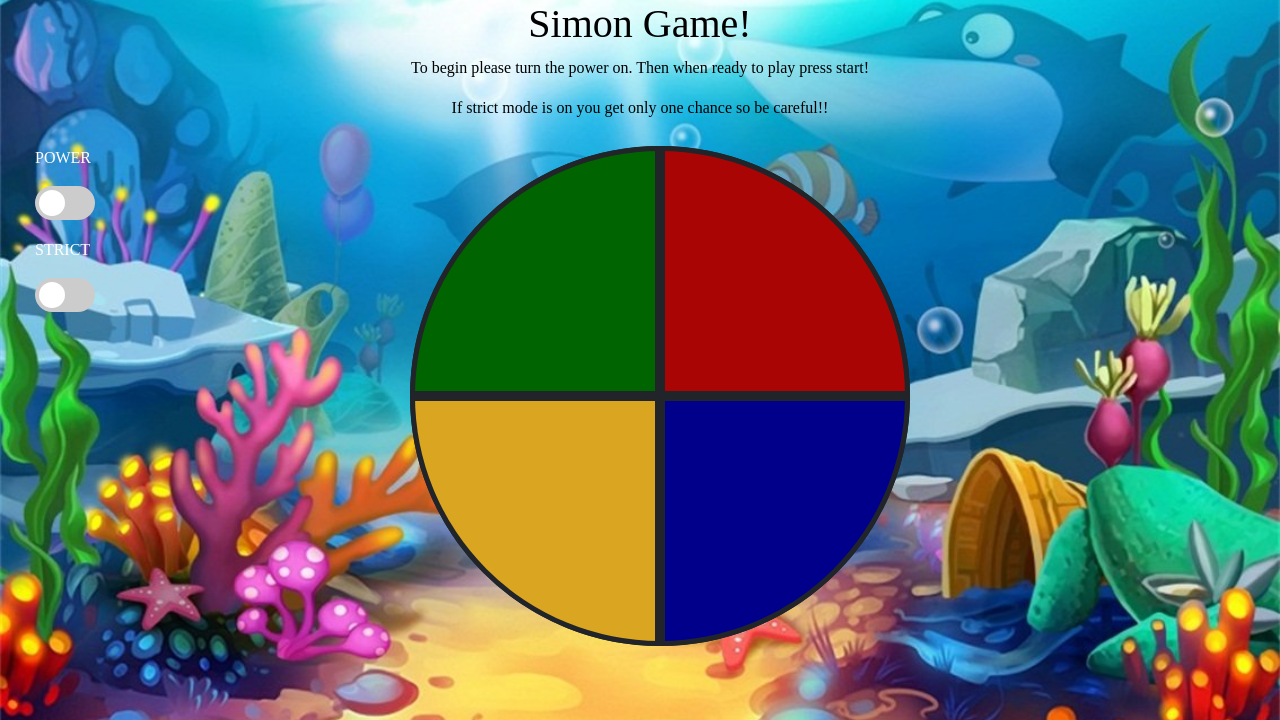
Repository: chrisoc19/SimonSays
Page: index.html
The author's editor kept a record of every edit. The page is drawn from the files as they stood at one moment, then again after the next edit.
The browser window is 1280 px wide. The pictures show the whole page.
Some web fonts or font styles are not loaded; a fallback is used.

Above is the page before.
Console error: ReferenceError: $ is not defined

After the next edit:
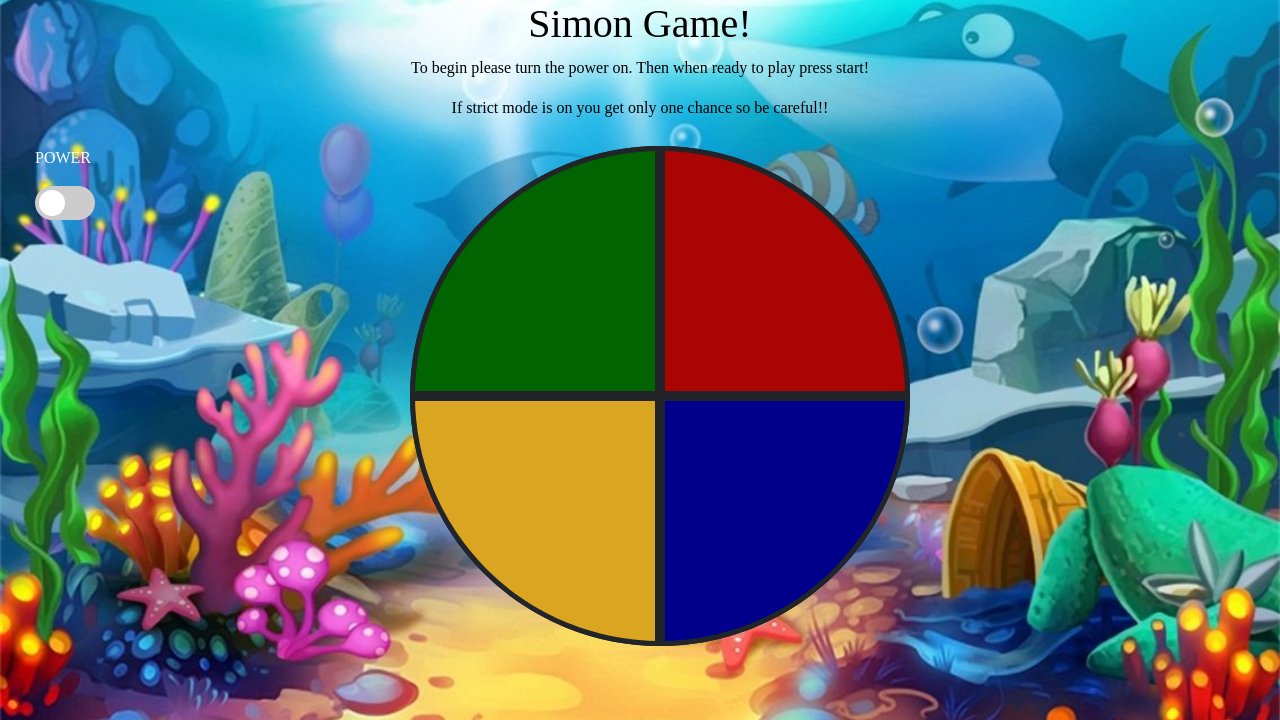
The edit:
--- a/index.html
+++ b/index.html
@@ -44,8 +44,8 @@
     </div>
 
 
-  <p class="newButtons">STRICT</p>
-  <label class="switch">
+  <p class="newButtons d-none">STRICT</p>
+  <label class="switch d-none">
   <input type="checkbox" class="switch " id="strict">
   <span class="slider round"></span>
 </label>
